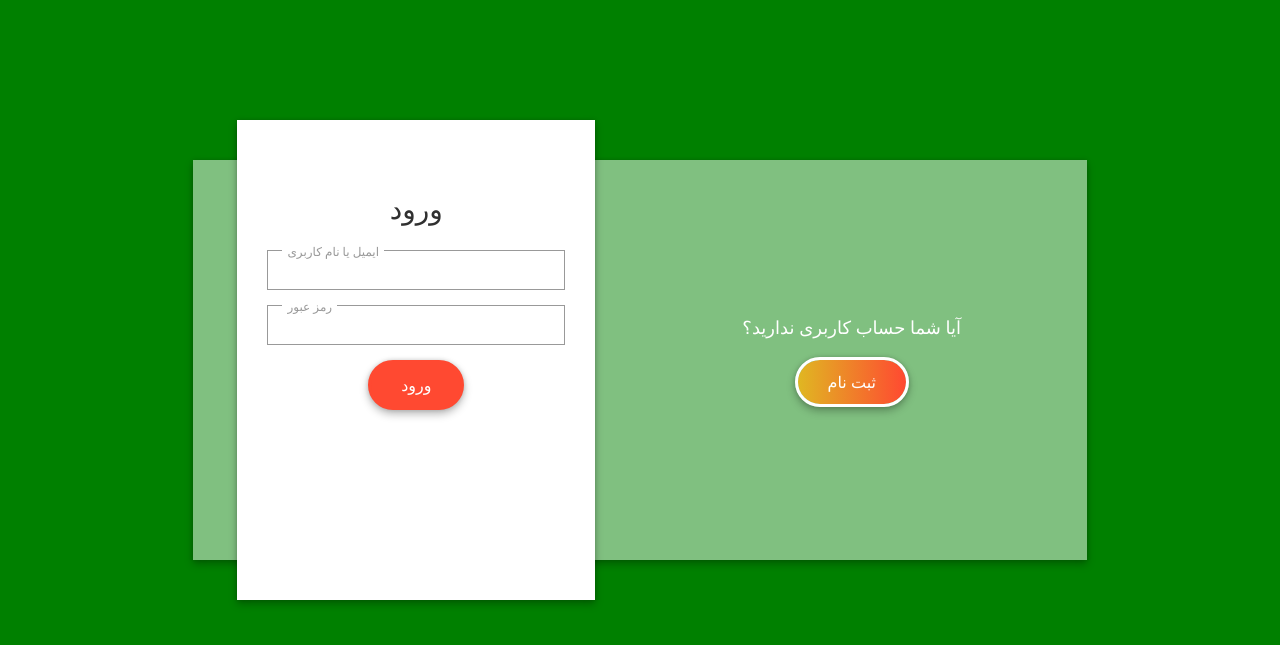
Repository: bzorufchi/front-store
Page: index.html
The author's editor kept a copy of each file at every save. The page is drawn from the files as they stood at one save, then again after the next save.
The browser window is 1280 px wide. The pictures show the whole page.

Above is the page before, as saved 2023-11-29 12:07:42.
Not found: wwwroot/Store.styles.css

### index.html
<html lang="en">
<head>
    <meta charset="UTF-8">
    <meta name="viewport" content="width=device-width, initial-scale=1.0">
    <title>Document</title>
    <link rel="stylesheet" href="wwwroot/lib/bootstrap/dist/css/bootstrap.min.css" />
    <link rel="stylesheet" href="wwwroot/css/site.css"/>
    <link rel="stylesheet" href="wwwroot/Store.styles.css"/>
    <link rel="stylesheet" href="wwwroot/global.css"/>
    <link rel="stylesheet" href="/site.css">
</head>
<body>
    <div class="body">
        <div class="veen">
            <div class="login-btn splits">
                <p>به فروشگاه ما خوش امدید</p>
                <button class="active">ورود</button>
            </div>
            <div class="rgstr-btn splits">
                <p>آیا شما حساب کاربری ندارید؟</p>
                <button>ثبت نام</button>
            </div>
            <div class="wrapper">
                <form id="login" tabindex="500">
                    <h3>ورود</h3>
                    <div class="mail">
                        <input type="mail" name="">
                        <label>ایمیل یا نام کاربری</label>
                    </div>
                    <div class="passwd">
                        <input type="password" name="">
                        <label>رمز عبور</label>
                    </div>
                    <div class="submit">
                        <button class="dark">ورود</button>

                    </div>

                </form>
                <form id="register" tabindex="502">
                    <h3>ثبت نام</h3>
                    <div class="name">
                        <input type="text" name="">
                        <label>نام</label>
                    </div>
                    <div class="name">
                        <input type="text" name="">
                        <label>نام خانوادگی</label>
                    </div>
                    <div class="mail">
                        <input type="mail" name="">
                        <label>ایمیل</label>
                    </div>
                    <div class="name">
                        <input type="text" name="">
                        <label>شماره تلفن</label>
                    </div>
                    <div class="uid">
                        <input type="text" name="">
                        <label>نام کاربری</label>
                    </div>
                    <div class="passwd">
                        <input type="password" name="">
                        <label>رمز عبور</label>
                    </div>
                    <div class="submit">
                        <button class="dark">ثبت نام</button>
                    </div>
                </form>
            </div>
        </div>
    </div>

    <script src="wwwroot/lib/jquery/dist/jquery.min.js"></script>
    <script src="wwwroot/lib/bootstrap/dist/js/bootstrap.bundle.min.js"></script>
    <script src="wwwroot/js/site.js" asp-append-version="true"></script>
    <script src="/site.js"></script>
</body>
</html>

### site.css
.site-link {
    padding: 5px 15px;
    position: fixed;
    z-index: 99999;
    background: #fff;
    box-shadow: 0 0 4px rgba(0,0,0,.14), 0 4px 8px rgba(0,0,0,.28);
    right: 30px;
    bottom: 30px;
    border-radius: 10px;
}

    .site-link img {
        width: 30px;
        height: 30px;
    }

    .body {
        background: green;
        transition: all .5s;
        padding: 1px;
        min-height: 100vh;
        display: flex;
        align-items: center;
        justify-content: center;
    }

    .veen {
        width: 70%;
        margin: 100px auto;
        background: rgba(255,255,255,.5);
        min-height: 400px;
        display: table;
        position: relative;
        box-shadow: 0 0 4px rgba(0,0,0,.14), 0 4px 8px rgba(0,0,0,.28);
    }

        .veen > div {
            display: table-cell;
            vertical-align: middle;
            text-align: center;
            color: #fff;
        }

        .veen button {
            background: transparent;
            background-image: linear-gradient(90deg, #e0b722, #ff4931);
            display: inline-block;
            padding: 10px 30px;
            border: 3px solid #fff;
            border-radius: 50px;
            background-clip: padding-box;
            position: relative;
            color: #FFF;
            box-shadow: 0 0 4px rgba(0,0,0,.14), 0 4px 8px rgba(0,0,0,.28);
            transition: all .25s;
        }

            .veen button.dark {
                border-color: #ff4931;
                background: #ff4931;
            }

        .veen .move button.dark {
            border-color: #e0b722;
            background: #e0b722;
        }

        .veen .splits p {
            font-size: 18px;
        }

        .veen button:active {
            box-shadow: none;
        }

        .veen button:focus {
            outline: none;
        }

        .veen > .wrapper {
            position: absolute;
            width: 40%;
            height: 120%;
            top: -10%;
            left: 5%;
            background: #fff;
            box-shadow: 0 0 4px rgba(0,0,0,.14), 0 4px 8px rgba(0,0,0,.28);
            transition: all .5s;
            color: #303030;
            overflow: hidden;
        }

        .veen .wrapper > form {
            padding: 15px 30px 30px;
            width: 100%;
            transition: all .5s;
            background: #fff;
            width: 100%;
        }

            .veen .wrapper > form:focus {
                outline: none;
            }

        .veen .wrapper #login {
            padding-top: 20%;
            visibility: visible;
        }

        .veen .wrapper #register {
            transform: translateY(-80%) translateX(100%);
            visibility: hidden;
        }

        .veen .wrapper.move #register {
            transform: translateY(-80%) translateX(0%);
            visibility: visible;
        }

        .veen .wrapper.move #login {
            transform: translateX(-100%);
            visibility: hidden;
        }

        .veen .wrapper > form > div {
            position: relative;
            margin-bottom: 15px;
        }

        .veen .wrapper label {
            position: absolute;
            top: -7px;
            font-size: 12px;
            white-space: nowrap;
            background: #fff;
            text-align: left;
            left: 15px;
            padding: 0 5px;
            color: #999;
            pointer-events: none;
        }

        .veen .wrapper h3 {
            margin-bottom: 25px;
        }

        .veen .wrapper input {
            height: 40px;
            padding: 5px 15px;
            width: 100%;
            border: solid 1px #999;
        }

        .veen .wrapper input {
            height: 40px ;
            padding: 5px 15px;
            width: 100%;
            border: solid 1px #999;
        }

            .veen .wrapper input:focus {
                outline: none;
                border-color: #ff4931;
            }

        .veen > .wrapper.move {
            left: 45%;
        }

            .veen > .wrapper.move input:focus {
                border-color: #e0b722;
            }

    @media (max-width: 767px) {
        .veen {
            padding: 5px;
            margin: 0;
            width: 100%;
            display: block;
        }

            .veen > .wrapper {
                position: relative;
                height: auto;
                top: 0;
                left: 0;
                width: 100%;
            }

            .veen > div {
                display: inline-block;
            }

        .splits {
            width: 50%;
            background: #fff;
            float: left;
        }

            .splits button {
                width: 100%;
                border-radius: 0;
                background: #505050;
                border: 0;
                opacity: .7;
            }

                .splits button.active {
                    opacity: 1;
                }

                .splits button.active {
                    opacity: 1;
                    background: #ff4931;
                }

            .splits.rgstr-btn button.active {
                background: #e0b722;
            }

            .splits p {
                display: none;
            }

        .veen > .wrapper.move {
            left: 0%;
        }
    }

    input:-webkit-autofill, textarea:-webkit-autofill, select:-webkit-autofill {
        box-shadow: inset 0 0 0 50px #fff
    }

### site.js
$(document).ready(function () {
	$(".veen .rgstr-btn button").click(function () {
		$('.veen .wrapper').addClass('move');
		$('.body').css('background', '#e0b722');
		$(".veen .login-btn button").removeClass('active');
		$(this).addClass('active');
	});
	$(".veen .login-btn button").click(function () {
		$('.veen .wrapper').removeClass('move');
		$('.body').css('background', '#ff4931');
		$(".veen .rgstr-btn button").removeClass('active');
		$(this).addClass('active');
	});
});

Loaded but not shown: wwwroot/lib/bootstrap/dist/css/bootstrap.min.css (library); wwwroot/css/site.css (common file); wwwroot/css/global.css (common file); wwwroot/lib/jquery/dist/jquery.min.js (library); wwwroot/lib/bootstrap/dist/js/bootstrap.bundle.min.js (library); wwwroot/js/site.js (common file)

After the next save:
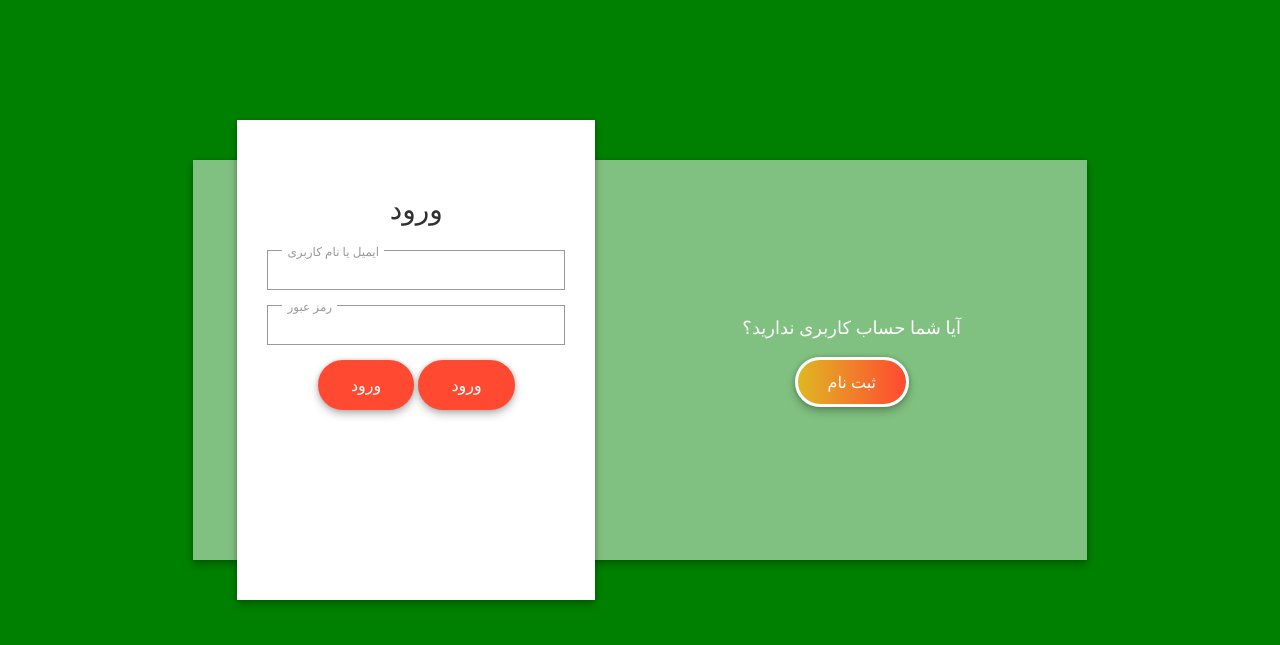
Saved 4 s later.
--- a/index.html
+++ b/index.html
@@ -33,7 +33,7 @@
                     </div>
                     <div class="submit">
                         <button class="dark">ورود</button>
-
+                        <button class="dark">ورود</button>
                     </div>
 
                 </form>
